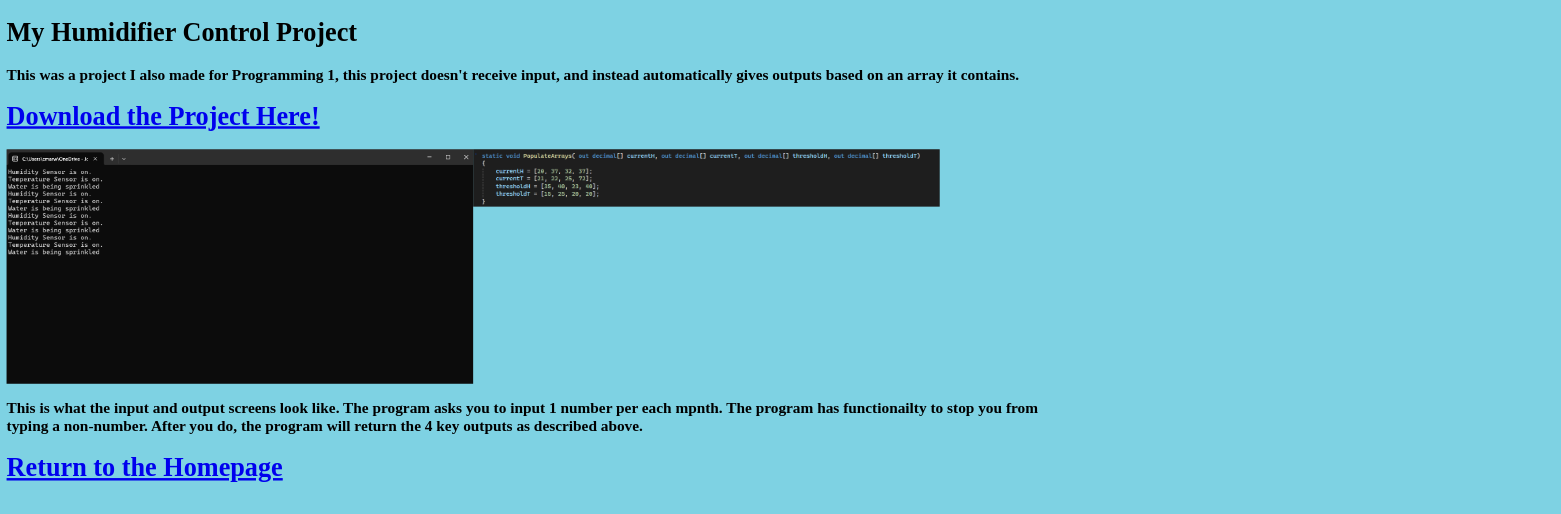
Repository: captainm64/captainm64
Page: projectshow2.html
An editor plug-in stored every save of this project. The page is shown before and after the next save, followed by the edit.
The browser window is 1280 px wide. The page is 1904 px wide, so the pictures cover 1904 px, including what lies to the right of the window. The pictures show the whole page, at 82% of full size.

Above is the page before, as saved 2026-05-12 10:22:04.

### projectshow2.html
<!DOCTYPE html>
<html>
    <head>
        <link rel = "stylesheet" href = "./styles/index.css" />
         <link rel = "stylesheet" href = "./styles/global.css" />
         <title>Project</title>
    </head>
<body>
<main>
<h1>My Humidifier Control Project</h1>

<h3>This was a project I also made for Programming 1, this project doesn't receive input, and instead automatically gives outputs based on an array it contains.</h3>

 <a href = https://github.com/captainm64/Weather_Array.git><h1>Download the Project Here!</h1></a>


<div class = "demos">
 <img src="../../assets/images/demo3.png" alt = "Code demonstration: numbers being put in"/>

 <img src="../../assets/images/demo4.png" alt = "Code demonstration: result"/>
</div>

<div class = "dscrib">

<h3> This is what the input and output screens look like. The program asks you to input 1 number per each mpnth. The program has functionailty to stop you from typing a non-number. After you do, the program will return the 4 key outputs as described above.</h3>

</div>

 <a href = index.html><h1>Return to the Homepage</h1></a>
</main>

### styles/index.css
html{
   background-color: rgb(126, 210, 227);
}


img{

   height: 55%;
   width: 45%;
}

.Me{

   display: flex;

   flex-direction: column;
}

.projtxt{

   display: flex;

   flex-direction: column;

}

.projtxt img {

   height: 100%;
   width: 100%

}

.demos{

   display: flex;

   justify-content: space-evenly;

   flex-direction: column;

}

.demos{

   height: 50rem;
   width: 80rem
}

#Main{

font-size: 30rem;
font-family: "timesnewromanbold";
color: rgb(0, 0, 0);


}


/*Tablet*/
@media (min-width: 768px) {

    img{

   height: 95%;
   width: 50%;
   }

   .Me{

   display: flex;

   flex-direction: row;
   }

.projtxt{

      display: flex;
      flex-direction: row;
      font-size: 80%

   }

   .projtxt img {

   width: 50%

  }

  .demos{

   height: 70%;
   width: 150%;


   display: flex;
   flex-direction: row
}

}

/* laptop */
@media(min-width: 1025px)
{
     img{

   height: 95%;
   width: 30%;
   }


  .Me{

   display: flex;

   flex-direction: row;
   }

   .projtxt{

          display: flex;

      flex-direction: row;

      font-size: 60%
   }


   .projtxt img {

   height: 80%

  }

  .demos{

   height: 70%;
   width: 150%;
    display: flex;
    justify-content: left;
   flex-direction: row
}

}

### styles/global.css

@font-face {

    font-family: "timesnewroman";
    src: url(/assests/fonts/timesnewroman.ttf);
}

After the next save:
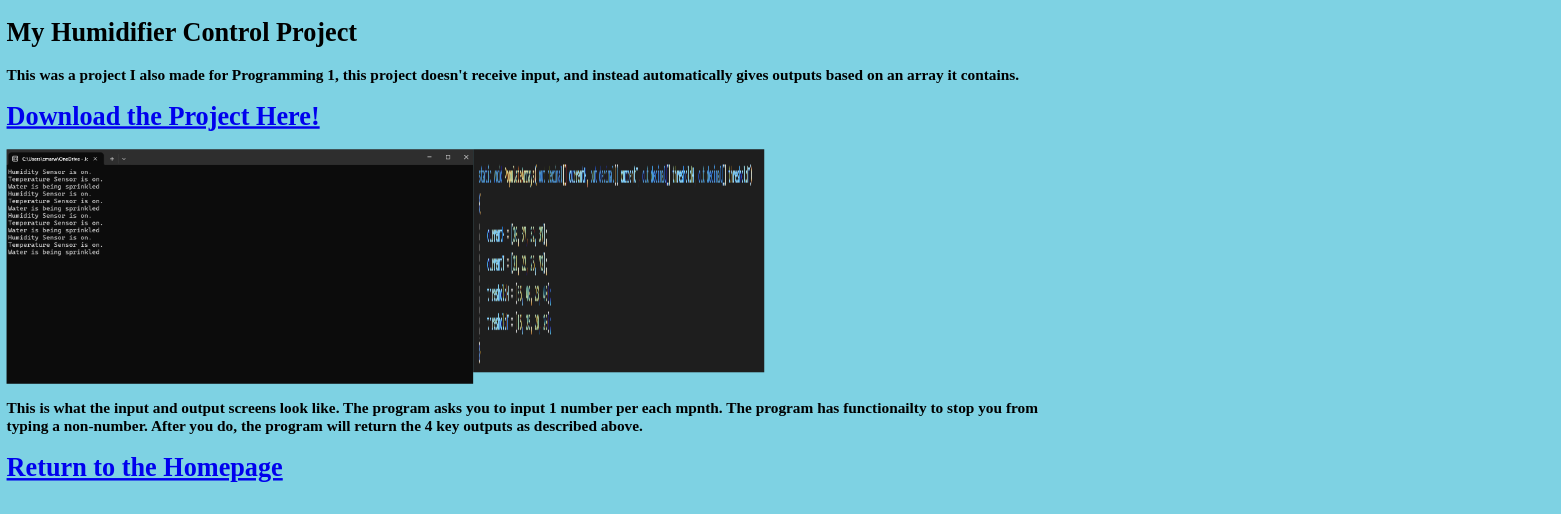
Saved 2 min 14 s later.
--- a/projectshow2.html
+++ b/projectshow2.html
@@ -17,7 +17,9 @@
 <div class = "demos">
  <img src="../../assets/images/demo3.png" alt = "Code demonstration: numbers being put in"/>
 
+ <div class = "img2">
  <img src="../../assets/images/demo4.png" alt = "Code demonstration: result"/>
+ </div>
 </div>
 
 <div class = "dscrib">
